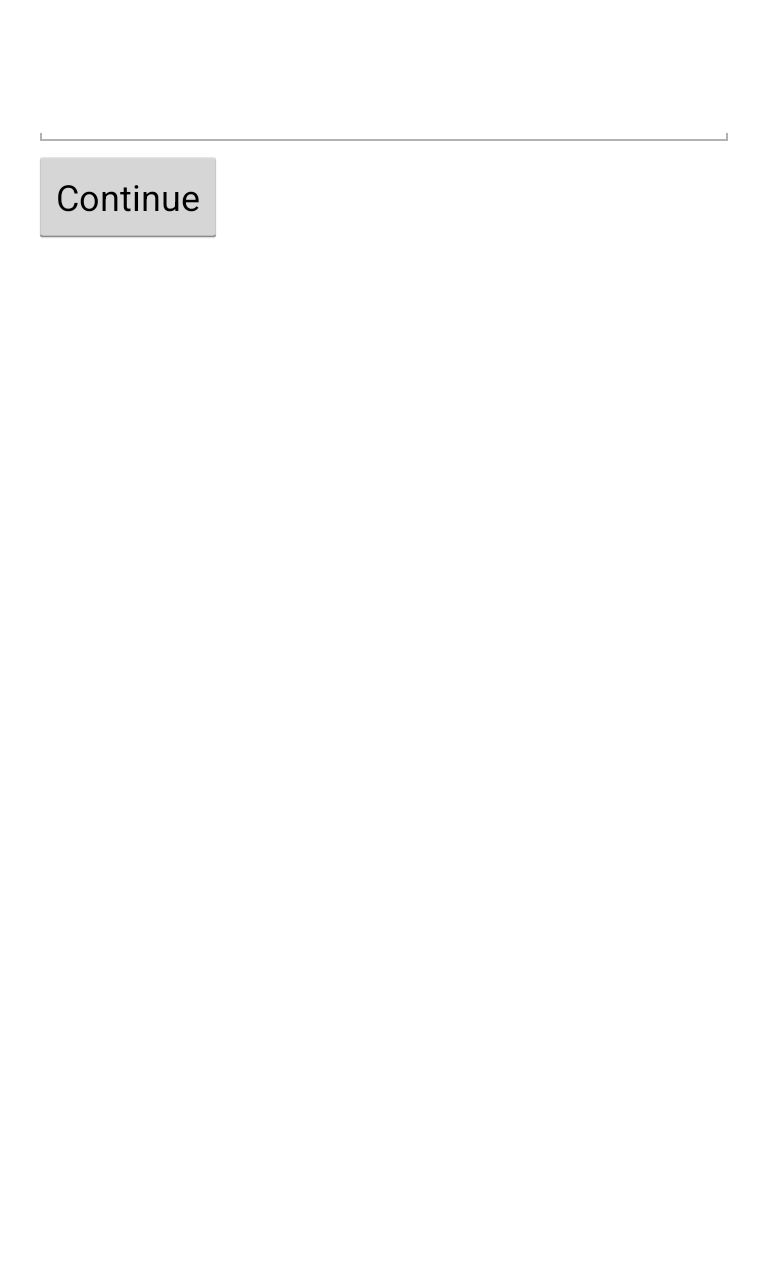
Repository: ericMedeiros93/Android-Dev
Layout: week5_inclass/res/layout/activity_get_last_name.xml
The author's editor kept a copy of each file at every save. The layout is drawn from the files as they stood at one save, then again after the next save.
It is drawn on a 768 x 1280 px phone screen (xhdpi) without system bars, with theme AppTheme; the app's code is not run.

Above is the layout before, as saved 2014-10-01 17:15:59.

After the next save:
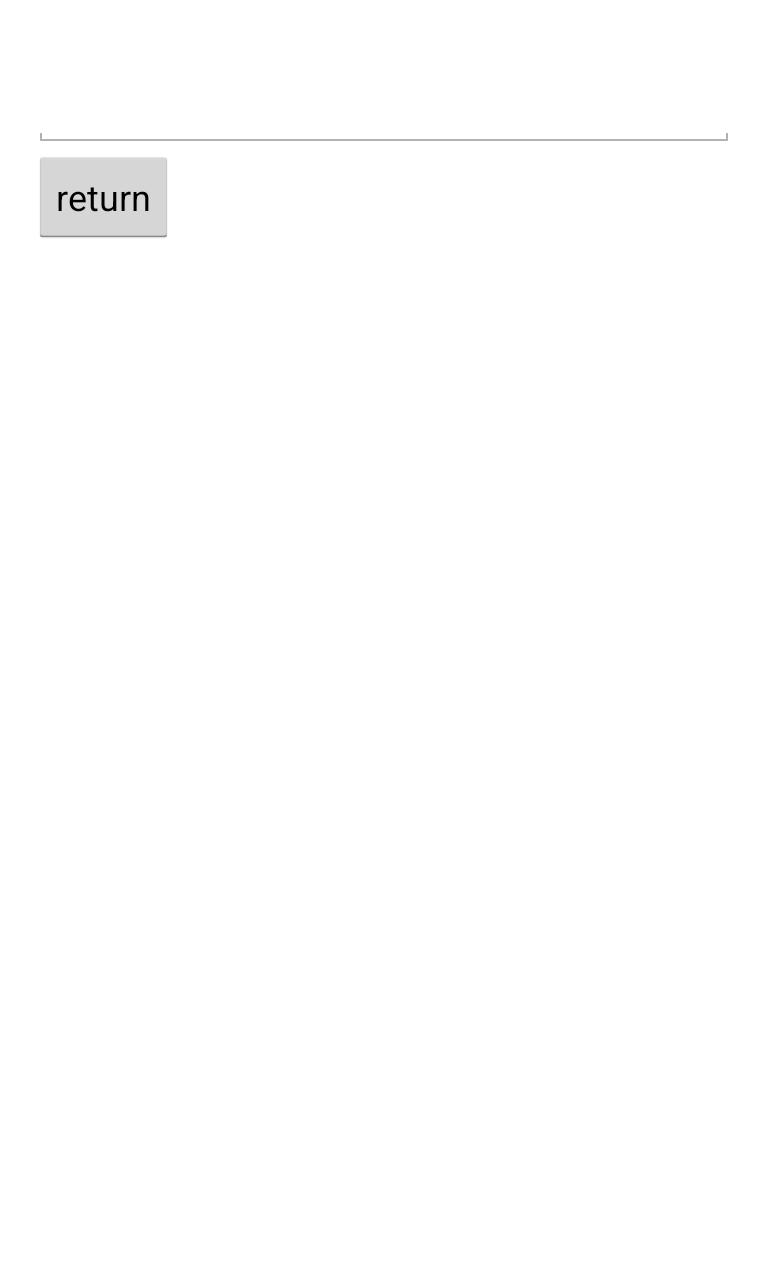
Saved 52 s later.
--- a/week5_inclass/res/layout/activity_get_last_name.xml
+++ b/week5_inclass/res/layout/activity_get_last_name.xml
@@ -29,7 +29,7 @@
         android:id="@+id/btnReturn"
         android:layout_width="wrap_content"
         android:layout_height="wrap_content"
-        android:onClick="sendFirstName"
-        android:text="Continue"/>
+        android:onClick="returnLastName"
+        android:text="return"/>
 
 </LinearLayout>
